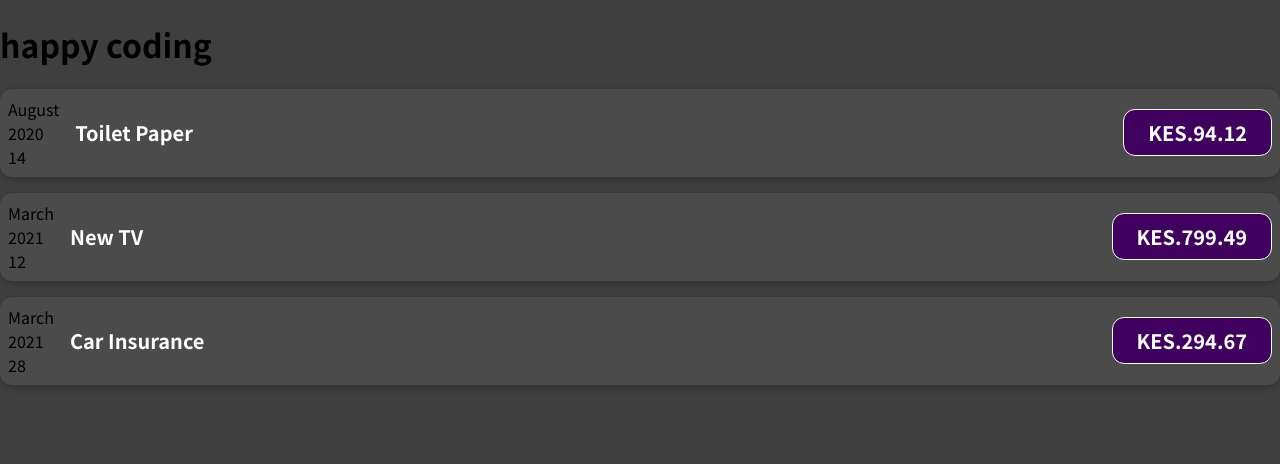
Repository: Samkiroko/expense-tracker-react
Page: /
These files come from the project's save history. The page is drawn as it stood at one moment and after a run of saves; the edit follows.
The browser window is 1280 px wide. The pictures show the whole page.
The project was rebuilt for these pictures with package versions that can differ from the ones it lists, and the page was loaded fresh each time.

Above is the page before, as saved 2021-06-08 11:52:37.

### src/index.css
@import url('https://fonts.googleapis.com/css2?family=Noto+Sans+JP:wght@400;700&display=swap');
* {
    box-sizing: border-box;
}

html {
    font-family: 'Noto Sans JP', sans-serif;
}

body {
    margin: 0;
    background-color: #3f3f3f;
}

### src/App.js
import ExpenseItem from './components/ExpenseItem'

function App(props) {
  const expenses = [
    {
      id: 'e1',
      title: 'Toilet Paper',
      amount: 94.12,
      date: new Date(2020, 7, 14),
    },
    { id: 'e2', title: 'New TV', amount: 799.49, date: new Date(2021, 2, 12) },
    {
      id: 'e3',
      title: 'Car Insurance',
      amount: 294.67,
      date: new Date(2021, 2, 28),
    },
    {
      id: 'e4',
      title: 'New Desk (Wooden)',
      amount: 450,
      date: new Date(2021, 5, 12),
    },
  ]
  return (
    <div className='App'>
      <h1>happy coding</h1>
      <ExpenseItem title={expenses[0].title} amount={expenses[0].amount} date={expenses[0].date} />
      <ExpenseItem title={expenses[1].title} amount={expenses[1].amount} date={expenses[1].date} />
      <ExpenseItem title={expenses[2].title} amount={expenses[2].amount} date={expenses[2].date} />
    </div>
  )
}

export default App

### src/components/ExpenseItem.js
import React from 'react'
import ExpenseDate from './ExpenseDate'
import './ExpenseItem.css'

function ExpenseItem(props) {
  return (
    <div className='expense-item'>
      <ExpenseDate date={props.date} />
      <div className='expense-item__description'>
        <h2>{props.title}</h2>
        <div className='expense-item__price'>KES.{props.amount}</div>
      </div>
    </div>
  )
}

export default ExpenseItem

### src/components/ExpenseDate.js
import React from 'react'
import './ExpenseDate.css'

function ExpenseDate(props) {
  const month = props.date.toLocaleString('en-US', { month: 'long' })
  const day = props.date.toLocaleString('en-US', { day: '2-digit' })
  const year = props.date.getFullYear()
  return (
    <div>
      <div>{month}</div>
      <div>{year}</div>
      <div>{day}</div>
    </div>
  )
}

export default ExpenseDate

### src/components/ExpenseItem.css
.expense-item {
    display: flex;
    justify-content: space-between;
    align-items: center;
    box-shadow: 0 2px 8px rgba(0, 0, 0, 0.25);
    padding: 0.5rem;
    margin: 1rem 0;
    border-radius: 12px;
    background-color: #4b4b4b;
}

.expense-item__description {
    display: flex;
    flex-direction: column;
    gap: 1rem;
    align-items: flex-end;
    flex-flow: column-reverse;
    justify-content: flex-start;
    flex: 1;
}

.expense-item h2 {
    color: #3a3a3a;
    font-size: 1rem;
    flex: 1;
    margin: 0 1rem;
    color: white;
}

.expense-item__price {
    font-size: 1rem;
    font-weight: bold;
    color: white;
    background-color: #40005d;
    border: 1px solid white;
    padding: 0.5rem;
    border-radius: 12px;
}

@media (min-width: 580px) {
    .expense-item__description {
        flex-direction: row;
        align-items: center;
        justify-content: flex-start;
        flex: 1;
    }
    .expense-item__description h2 {
        font-size: 1.25rem;
    }
    .expense-item__price {
        font-size: 1.25rem;
        padding: 0.5rem 1.5rem;
    }
}

Loaded but not shown: public/index.html (common file); src/index.js (common file); src/components/ExpenseDate.css (common file)

After the next 2 saves:
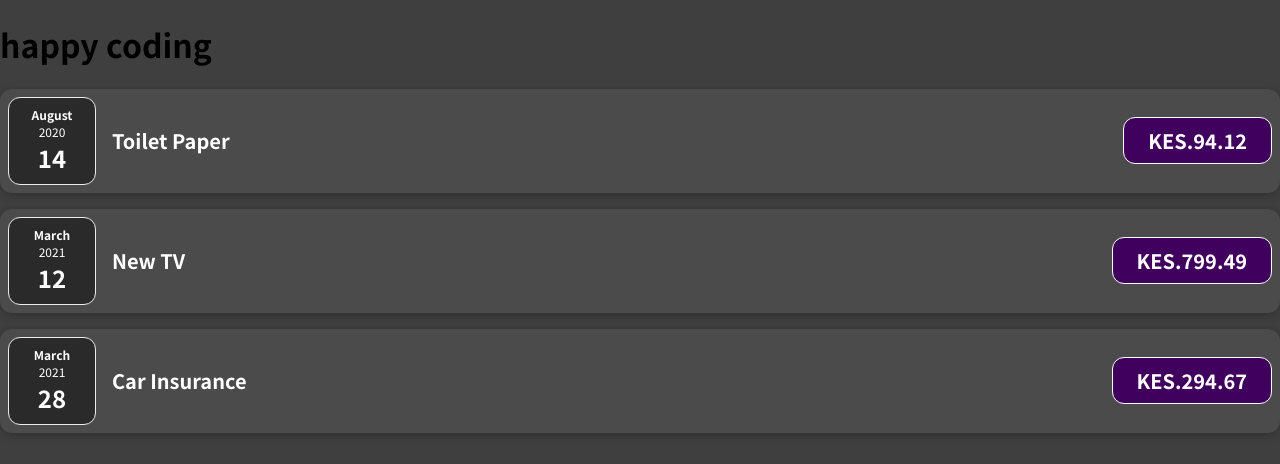
The 2 saves are shown as one change because 1 did not build or start.
The last was saved 2 min 41 s later.
--- a/src/components/ExpenseDate.js
+++ b/src/components/ExpenseDate.js
@@ -6,10 +6,10 @@ function ExpenseDate(props) {
   const day = props.date.toLocaleString('en-US', { day: '2-digit' })
   const year = props.date.getFullYear()
   return (
-    <div>
-      <div>{month}</div>
-      <div>{year}</div>
-      <div>{day}</div>
+    <div className='expense-date'>
+      <div className='expense-date__month'>{month}</div>
+      <div className='expense-date__year'>{year}</div>
+      <div className='expense-date__day'>{day}</div>
     </div>
   )
 }
